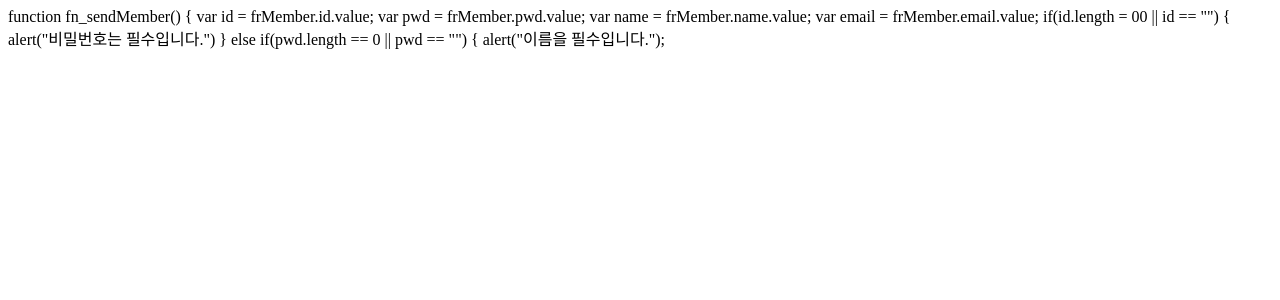
Repository: meanlightk/JspPractice
Page: pro07/src/main/webapp/memberForm.html
The author's editor kept a copy of each file at every save. The page is drawn from the files as they stood at one save, then again after the next save.
The browser window is 1280 px wide. The pictures show the whole page.

Above is the page before, as saved 2023-05-18 05:41:00.

After the next save:
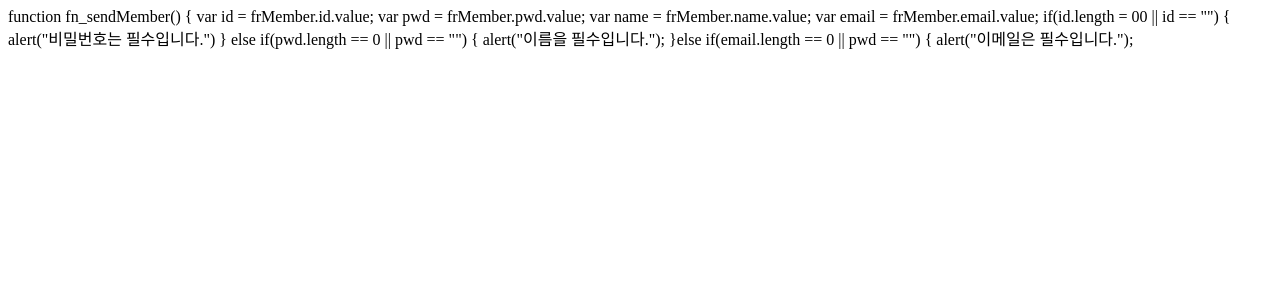
Saved 23 s later.
--- a/pro07/src/main/webapp/memberForm.html
+++ b/pro07/src/main/webapp/memberForm.html
@@ -14,6 +14,8 @@ alert("비밀번호는 필수입니다.")
 }
 else if(pwd.length == 0 || pwd == "") {
 alert("이름을 필수입니다.");
+}else if(email.length == 0 || pwd == "") {
+alert("이메일은 필수입니다.");
 
 </head>
 <body>
